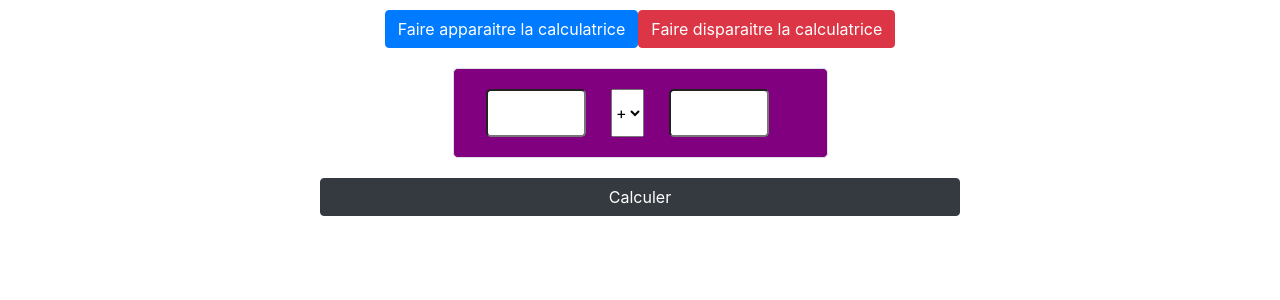
Repository: julieLyM/calculatrice
Page: calculatrice.html
The author's editor kept a copy of each file at every save. The page is drawn from the files as they stood at one save, then again after the next save.
The browser window is 1280 px wide. The pictures show the whole page.

Above is the page before, as saved 2020-12-08 15:32:34.

### calculatrice.html
<!DOCTYPE html>
<html lang="fr">
  <head>
    <meta charset="UTF-8">
    <meta name="viewport" content="width=device-width, initial-scale=1.0">
		<link rel="stylesheet" href="https://cdn.jsdelivr.net/npm/bootstrap@4.5.3/dist/css/bootstrap.min.css" integrity="sha384-TX8t27EcRE3e/ihU7zmQxVncDAy5uIKz4rEkgIXeMed4M0jlfIDPvg6uqKI2xXr2" crossorigin="anonymous">

    <title>exercice calculatrice</title>
  </head>
  <body>
    <div class="container-fluid">
        <div class="row justify-content-center" style="margin: 10px; text-align:center">
          <button class="btn btn-primary" id="appear">
            Faire apparaitre la calculatrice
          </button>
          <button class="btn btn-danger" id="disapear">
            Faire disparaitre la calculatrice
          </button>
        </div>
        <div class="row justify-content-around border rounded-lg" id="blocCal"  style="padding: 20px;margin: 20px auto; text-align:center; width: 30%;background-color: purple">
          <input type="text" class="rounded-lg"  id="nombre1" style="width: 100px;">
          <select name="calcul" id="operateur">
            <option>+</option>
            <option>-</option>
            <option>*</option>
            <option>/</option>
          </select>
          <input type="text" class="rounded-lg"  id="nombre2" style="width: 100px;">
          <br>
          <br>
        </div>
        <div class="row justify-content-center" style="margin-top: 20px">
          <button type="button" class="btn btn-dark w-50" id="calculer">Calculer</button>
        </div>
        <br>
        <div class="row justify-content-center">
          <div id="message"></div>
        </div>
      </div>
    <!--APPEL JQUERY-->
		<script src="https://code.jquery.com/jquery-3.5.1.min.js" integrity="sha256-9/aliU8dGd2tb6OSsuzixeV4y/faTqgFtohetphbbj0=" crossorigin="anonymous"></script>
		<script src="https://cdn.jsdelivr.net/npm/bootstrap@4.5.3/dist/js/bootstrap.bundle.min.js" integrity="sha384-ho+j7jyWK8fNQe+A12Hb8AhRq26LrZ/JpcUGGOn+Y7RsweNrtN/tE3MoK7ZeZDyx" crossorigin="anonymous"></script>
    <!--NOTRE CODE JS-->
    <script src="calculatrice.js"></script>
  </body>
</html>

### calculatrice.js
//Etapes :
// --------
// - faire une page html
// - créer deux input type text avec deux id différent pour la saisie des valeurs
// - créer un select avec un id pour proposer les différents opérateurs. (+-*/    ** %)
// - créer un bouton avec un id pour lancer le calcul (button, span)

// Avec js :
// ---------
// - lors du click  sur le bouton (evenement) :
// - récupérer les deux saisies des champs text et l'opérateur selectionné

// - il peut être important de passer les saisies dans un parseFloat() pour les transformer en type number
// - declencher le calcul des saisies selon  l'opérateur avec un if qui va tester l'opérateur pour déclencher l'opération.
// - afficher l'opération avec le résultat.

// Pour aller plus loin :
// ----------------------
// - essayer de donner la possibilité de faire apparaitre ou disparaitre la calculatrice

$(document).ready(function () {
  $('#appear').on('click', function () {
    $('#blocCal').slideDown(1000);
  });

  // Cacher la  calculatrice :
  $('#disapear').on('click', function () {
    $('#blocCal').slideUp(1000);
  });

  $('#calculer').on('click', function () {
    var value1 = $('#nombre1').val();
    var signe = $('#operateur').val();
    var value2 = $('#nombre2').val();

    value1 = parseFloat(value1);
    value2 = parseFloat(value2);
    var resultat = '';

    if (signe == '+') {
      resultat = $('#message').html(
        '<div style="background-color: pink;color: yellow; text-align: center;font-size:26px; padding:20px">Résultat addition: ' +
          value1 +
          signe +
          value2 +
          ' = ' +
          (value1 + value2) +
          '</div>'
      );
    } else if (signe == '-') {
      resultat = resultat = $('#message').html(
        '<div style="background-color: pink;color: blue; text-align: center;font-size:26px; padding:20px">Résultat soustration: ' +
          value1 +
          signe +
          value2 +
          ' = ' +
          (value1 - value2) +
          '</div>'
      );
    } else if (signe == '*') {
      resultat = resultat = $('#message').html(
        '<div style="background-color: pink;color: purple; text-align: center;font-size:26px; padding:20px">Résultat multiplication: ' +
          value1 +
          signe +
          value2 +
          ' = ' +
          value1 * value2 +
          '</div>'
      );
    } else if (signe == '/') {
      resultat = resultat = $('#message').html(
        '<div style="background-color: pink;color: green; text-align: center;font-size:26px; padding:20px">Résultat division: ' +
          value1 +
          signe +
          value2 +
          ' = ' +
          value1 / value2 +
          '</div>'
      );
    }
  });

  $('#nombre1, #nombre2').on('mouseover', function () {
    $('#message').html(
      `<div style="background-color: pink;color: red; padding:20px">Saisir un chiffre</div>`
    );
  });

  $('#nombre1, #nombre2').on('mouseout', function () {
    $('#message').html('');
  });

  $('#operateur').on('mouseover', function () {
    $('#message').html(
      `<div style="background-color: pink;color: red; padding:20px">Saisir un opérateur + - / *</div>`
    );
  });
  $('#operateur').on('mouseout', function () {
    $('#message').html('');
  });
});

After the next save:
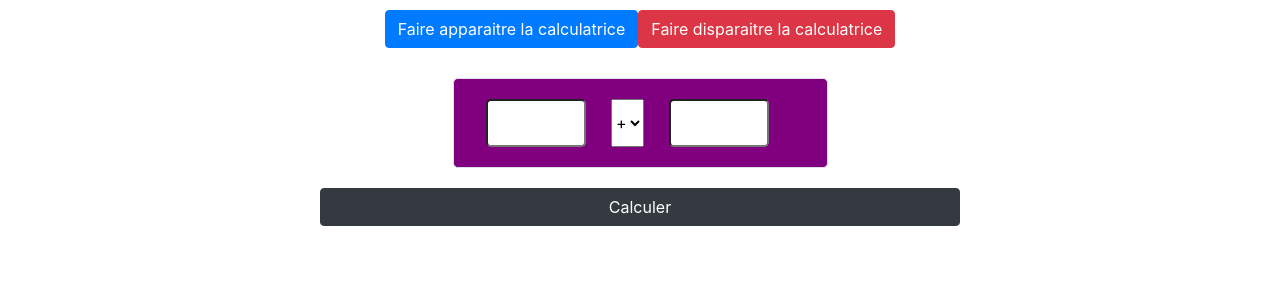
Saved 8 s later.
--- a/calculatrice.html
+++ b/calculatrice.html
@@ -9,7 +9,7 @@
   </head>
   <body>
     <div class="container-fluid">
-        <div class="row justify-content-center" style="margin: 10px; text-align:center">
+        <div class="row justify-content-center" style="padding: 10px; text-align:center">
           <button class="btn btn-primary" id="appear">
             Faire apparaitre la calculatrice
           </button>
